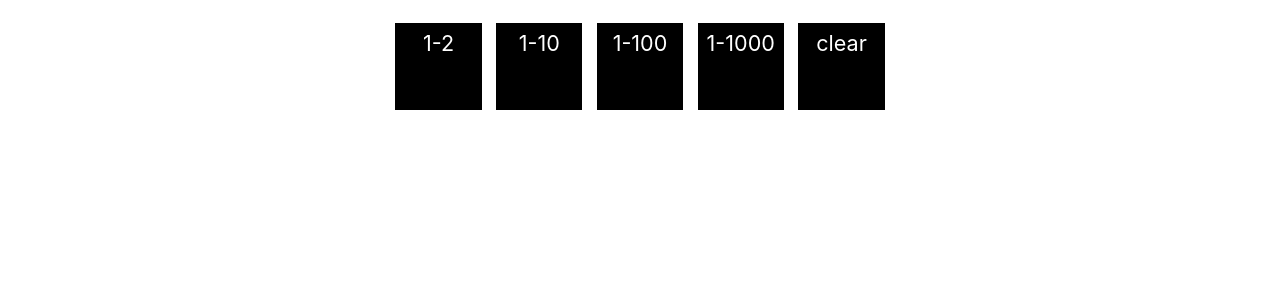
Repository: michalgornicki/number-generator
Page: /
The author's editor kept a copy of each file at every save. The page is drawn from the files as they stood at one save, then again after the next save.
The browser window is 1280 px wide. The pictures show the whole page.
The project was rebuilt for these pictures with package versions that can differ from the ones it lists, and the page was loaded fresh each time.

Above is the page before, as saved 2021-12-03 13:46:57.

After the next save:
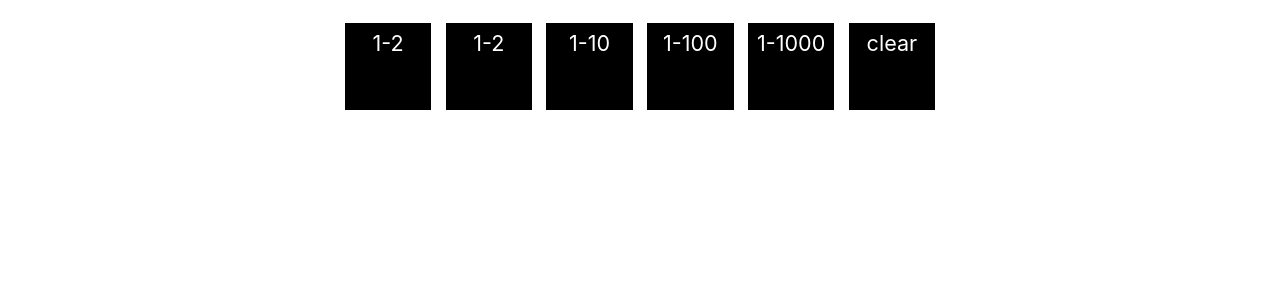
Saved 3 min 23 s later.
--- a/src/App.jsx
+++ b/src/App.jsx
@@ -7,6 +7,10 @@ function App() {
   return (
     <p>
       <div className="button-container">
+      <div
+        className="button"
+        onClick={() => setState([...state, Math.floor(Math.random() * 2 + 1)])}
+      >1-2</div>
       <div
         className="button"
         onClick={() => setState([...state, Math.floor(Math.random() * 2 + 1)])}
